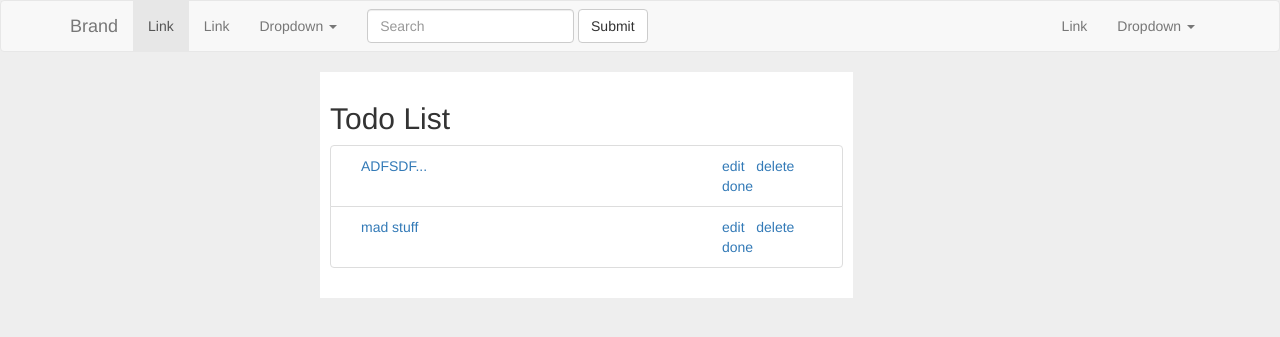
Repository: neoighodaro-articles/migrating-to-laravel
Page: http://localhost/pages/home.php?rel=add
The author's editor kept a copy of each file at every save. The page is drawn from the files as they stood at one save, then again after the next save.
The browser window is 1280 px wide. The pictures show the whole page.
The page is run by PHP 8.4 with error messages shown; the project is at /var/www/html/. The database holds what the project's SQL file puts in it.

Above is the page before, as saved 2018-06-12 20:15:03.

After the next save:
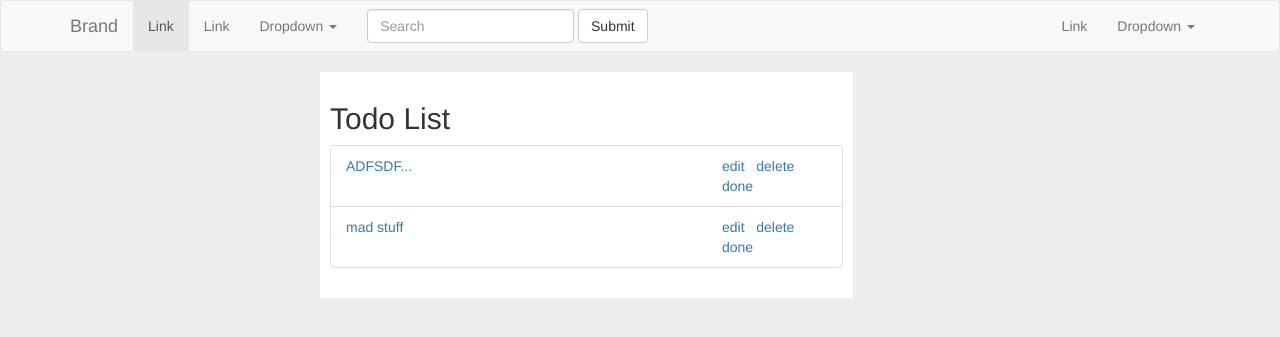
Saved 22 s later.
--- a/vanilla/pages/home.php
+++ b/vanilla/pages/home.php
@@ -10,6 +10,9 @@
   <style>
     body {
       background: #EEE;
+    }
+    .todo__no__space{
+      padding-left: 0px;
     }
   </style>
 </head>
@@ -82,7 +85,7 @@
 
      <?php while($fetch = $query->fetch()): ?>
       <li class="list-group-item">
-        <div class="col-md-9 ">
+        <div class="col-md-9 todo__no__space">
           <a href="#"><?php echo $fetch['title'] ?></a>
         </div>
         <div class="col-md-3">
